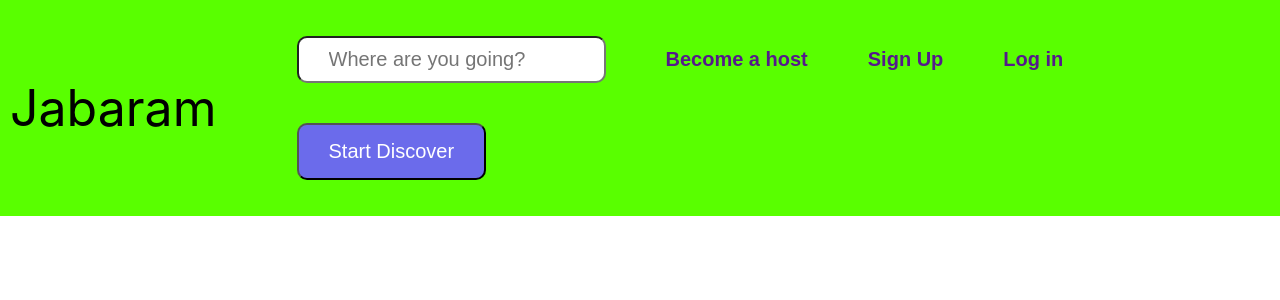
Repository: manahiang/Jabaram-web
Page: / (app in src/)
These files come from the project's save history. The page is drawn as it stood at one moment and after a run of saves; the edit follows.
The browser window is 1280 px wide. The pictures show the whole page.
The project was rebuilt for these pictures with package versions that can differ from the ones it lists, and the page was loaded fresh each time. Also part of the build but not shown: src/src/App.css.

Above is the page before, as saved 2022-11-30 09:31:43.

After the next 3 saves:
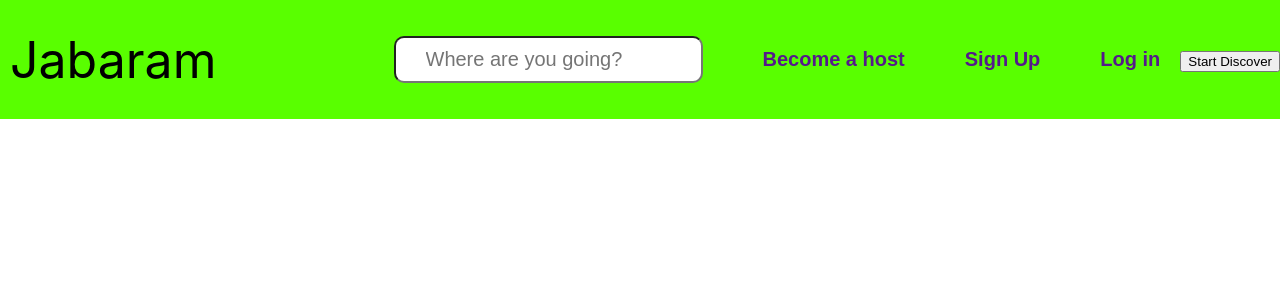
The 3 saves are shown as one change because they came seconds apart.
The last was saved 61 s later.
--- a/src/src/header.js
+++ b/src/src/header.js
@@ -11,7 +11,7 @@ function Header() {
                         <li><a href=''>Become a host</a></li>
                         <li><a href=''>Sign Up</a></li>
                         <li><a href=''>Log in</a></li>
-                        <li><button>Start Discover</button></li>
+                        <button>Start Discover</button>
                     </ul>
                 </div>
             </div>
